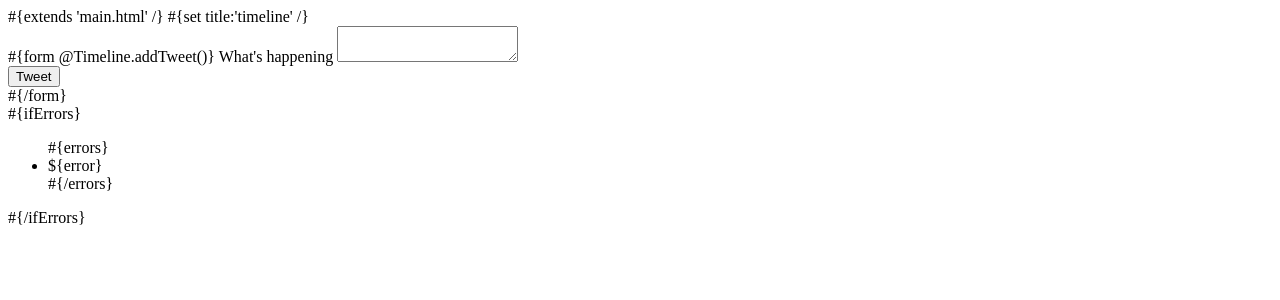
Repository: axelhzf/play-tlp
Page: twitter/app/views/Timeline/index.html
These files come from the project's save history. The page is drawn as it stood at one moment and after the next save; the edit follows.
The browser window is 1280 px wide. The pictures show the whole page.

Above is the page before, as saved 2011-07-17 11:02:26.
Console error: SyntaxError: Invalid or unexpected token

### twitter/app/views/Timeline/index.html
#{extends 'main.html' /}
#{set title:'timeline' /}

	<div class="happening">
	#{form @Timeline.addTweet()}
		<label>What's happening</label>
		<textarea name="tweet.msg"> </textarea>
		<div class="button_container">
			<input type="submit" value="Tweet">
		</div>
	#{/form}
	</div>

#{ifErrors}
<ul class="errors">
#{errors}
    <li>${error}</li>
#{/errors}
</ul>
#{/ifErrors}

<div id="tweets"></div>

<script>
    function cargarTweets(){
        var listAction = #{jsAction @Timeline.tweets() /}
        $.get(listAction({}), function(data){
            var html = '';
            $.each(data, function(i, tweet) {
                var date = new Date(tweet.date);
                html += '<div class="tweet"><div class="tweet-author"><a href="/' + tweet.author.username + '"> ' + tweet.author.username +'</a></div><div class="tweet-msg"> ' + tweet.msg + '</div><div class="tweet-date"> ' + date.toLocaleDateString() + '</div></div>'
            });
            $('#tweets').html(html);
        });
    }

    $(function(){
        cargarTweets();
        $('#tweet-submit').click(function(){
            $.post('@{Timeline.addTweet}', $('#tweet-form').serialize(), function(){
                $('#tweet-msg').val('');
                cargarTweets();
            });
            return false;
        });
    });
</script>

After the next save:
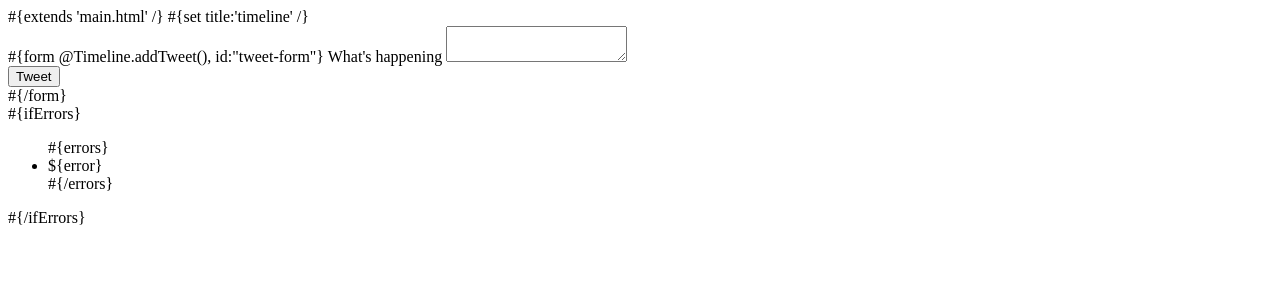
Saved 74 s later.
--- a/twitter/app/views/Timeline/index.html
+++ b/twitter/app/views/Timeline/index.html
@@ -2,7 +2,7 @@
 #{set title:'timeline' /}
 
 	<div class="happening">
-	#{form @Timeline.addTweet()}
+	#{form @Timeline.addTweet(), id:"tweet-form"}
 		<label>What's happening</label>
 		<textarea name="tweet.msg"> </textarea>
 		<div class="button_container">
